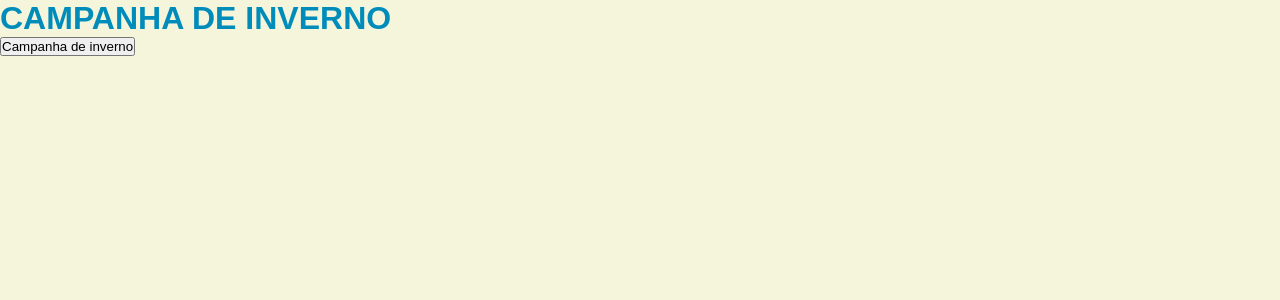
Repository: adrtrvs/qrcodeong
Page: campaignall.html
The author's editor kept a copy of each file at every save. The page is drawn from the files as they stood at one save, then again after the next save.
The browser window is 1280 px wide. The pictures show the whole page.
Some web fonts or font styles are not loaded; a fallback is used.

Above is the page before, as saved 2023-05-26 09:37:05.

### campaignall.html
<!DOCTYPE html>
<html lang="pt-br">
  <head>
    <meta charset="UTF-8" />
    <meta http-equiv="X-UA-Compatible" content="IE=edge" />
    <meta name="viewport" content="width=device-width, initial-scale=1.0" />
    <link
      href="./files/logofavifinal.jpeg"
      rel="shortcut icon"
      type="image/x-icon"
    />
    <link rel="stylesheet" href="style.css" />
    <title>Campanha de inverno</title>
  </head>
  <body>
    <h1>Campanha de inverno</h1>
    <button class="buttoncampaignaj">Campanha de inverno</button>
  </body>
</html>

### style.css
@import url('https://fonts.googleapis.com/css2?family=Courgette&display=swap');
@import url('https://fonts.googleapis.com/css2?family=Indie+Flower&display=swap');
@import url('https://fonts.googleapis.com/css2?family=Cuprum:wght@500&display=swap');
* {
  padding: 0;
  margin: 0;
}
@keyframes animate {
  0% {
    opacity: 0;
  }

  50% {
    opacity: 1;
  }

  100% {
    opacity: 0;
  }
}

body {
  background-color: #f5f5dc;
  background-repeat: no-repeat;
  background-size: cover;
  width: 100%;
}

header img {
  width: 100%;
}

header p {
  color: black;
  text-align: center;
  font-size: 18px;
  margin: 10px;
  font-family: 'Cuprum', sans-serif;
}

/*FONTES*/

h1,
h2,
h3 {
  color: #008cba;
  text-transform: uppercase;
  font-family: 'Cuprum', sans-serif;
}

/* MENU INDEX */

.menu h2 {
  background-color: #008cba;
  text-align: center;
  font-size: 18px;
  margin: 5px;
  padding: 5px;
  color: whitesmoke;
  font-family: 'Cuprum', sans-serif;
}

.menu h3 {
  font-size: 16px;
  margin-bottom: 5px;
  font-family: 'Cuprum', sans-serif;
}

/* LISTA INDEX */

ul li {
  display: flex;
  justify-content: space-between;
  padding: 16px;
  border-bottom: 1px solid rgba(0, 0, 0, 0.1);
}

/* PARAGRAFOS INDEX*/

.details {
  padding: 5px;
  color: #008cba;
  font-family: 'Cuprum', sans-serif;
}

/*BOTAO INDEX*/

._link {
  background-color: #008cba;
  border: none;
  padding: 13px 23px;
  border-radius: 26px;
  align-self: flex-start;
}

.submenu button a {
  text-decoration: none;
  font-size: 14px;
  color: whitesmoke;
  white-space: nowrap;
  font-family: 'Cuprum', sans-serif;
}

._link:hover {
  background-color: #cbf305;
  transition-duration: 0.4s;
}

.botaocomprov {
  background-color: #4caf50;
  border: none;
  padding: 13px 23px;
  border-radius: 26px;
}
.botaocomprov:hover {
  background-color: #cbf305;
  transition-duration: 0.4s;
}
.botaocomprov a {
  text-decoration: none;
  font-size: 14px;
  color: whitesmoke;
  white-space: nowrap;
  font-family: 'Cuprum', sans-serif;
}
/* PIX ONG  */
._pix {
  color: black;
  padding: 20px;
  text-align: center;
}
.qrcodepixong {
  display: flex;
  flex-direction: column;
  align-items: center;
  background-color: whitesmoke;
}
.qrcodepixong img {
  max-width: -webkit-fill-available;
}

/* TROCO SOLIDÁRIO */

div.trocorockn {
  display: flex;
  flex-direction: column;
  align-items: center;
  background-color: whitesmoke;
}
.trocorockn img {
  max-width: -webkit-fill-available;
}
.ultroco li {
  text-align: center;
  font-family: 'Cuprum', sans-serif;
  color: #008cba;
}

/*BOTÃO CAMPANHAS*/

.campaignbutton {
  text-align: center;
  margin: 20px;
}
/*
.campaignbutton a {
  text-decoration: none;
  text-transform: uppercase;
  font-size: 2em;
  color: rgba(219, 10, 10, 0.73);
  text-align: center;
  animation: animate 2s linear infinite;
  font-family: 'Cuprum', sans-serif;
}

.bcampaign {
  padding: 8px 15px;
  border-radius: 26px;
  border: none;
  background-color: #008cba;
}

.bcampaign:hover {
  background-color: #cbf305;
  transition-duration: 0.4s;
} */
/* CAMPAIGN*/

/* campaignvid {
  display: flex;
  flex-direction: column;
  align-items: center;
 */

/* .buttoncampaignaj {
  padding: 8px 15px;
  border-radius: 26px;
  border: none;
  background-color: #008cba;
  margin: 20px;
}

.buttoncampaignaj a {
  text-decoration: none;
  text-transform: uppercase;
  font-size: 2em;
  color: whitesmoke;
  animation: animate 3s linear infinite;
}

.buttoncampaignaj:hover {
  background-color: #4caf50;
  transition-duration: 0.4s;
}

.titlecampaing {
  text-align: center;
  color: rgba(0, 0, 0, 0.9);
}

.campaigndescription {
  font-size: 16px;
  color: rgba(0, 0, 0, 0.8);
  padding: 16px;
  text-align: center;
  justify-content: space-between;
} */

After the next save:
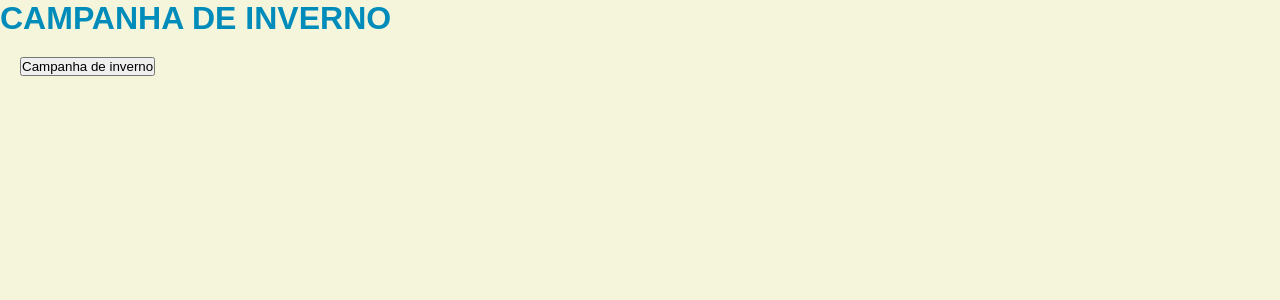
Saved 11 s later.
--- a/campaignall.html
+++ b/campaignall.html
@@ -14,6 +14,6 @@
   </head>
   <body>
     <h1>Campanha de inverno</h1>
-    <button class="buttoncampaignaj">Campanha de inverno</button>
+    <button class="campaignbutton">Campanha de inverno</button>
   </body>
 </html>
